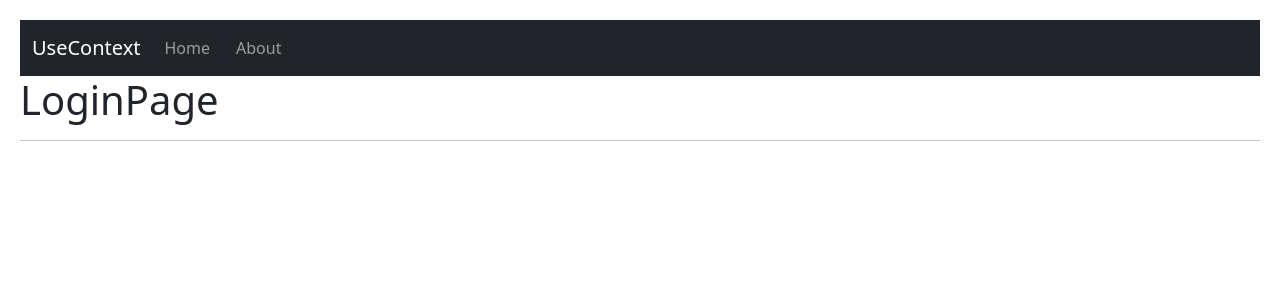
Repository: bryanesteban/hooks-App
Page: /login
These files come from the project's save history. The page is drawn as it stood at one moment and after the next save; the edit follows.
The browser window is 1280 px wide. The pictures show the whole page.
The project was rebuilt for these pictures with package versions that can differ from the ones it lists, and the page was loaded fresh each time. Also part of the build but not shown: vite.config.js, src/HooksApp.jsx, src/01-useState/CounterApp.jsx, src/hooks/useCounter.jsx, src/01-useState/CounterWithCustomHook.jsx, src/02-useEffect/Message.jsx, src/02-useEffect/SimpleForm.jsx, src/hooks/useForm.js and 20 more.

Above is the page before, as saved 2024-09-15 05:21:40.

After the next save:
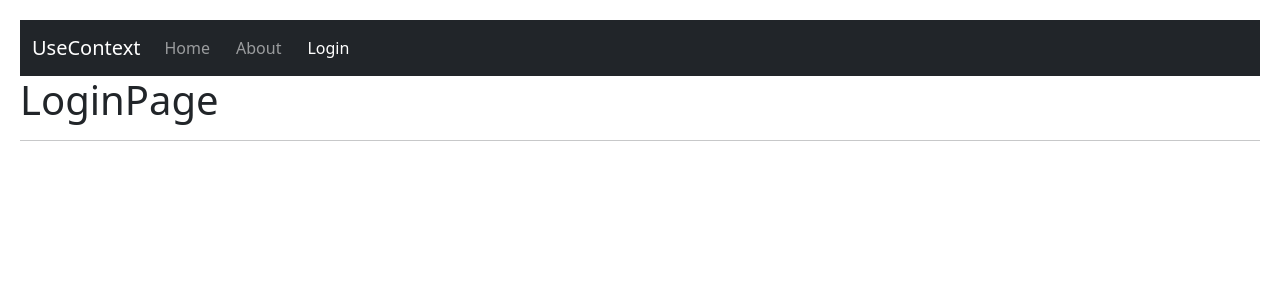
Saved 42 s later.
--- a/src/09-useConstext/Navbar.jsx
+++ b/src/09-useConstext/Navbar.jsx
@@ -21,7 +21,11 @@
                     to="/about">
                     About
                 </NavLink>
-
+                <NavLink
+                    className={({isActive}) => `nav-link ${ isActive  ? 'active' : ''}`}
+                    to="/login">
+                    Login
+                </NavLink>
             </ul>
           </div>
         </div>
